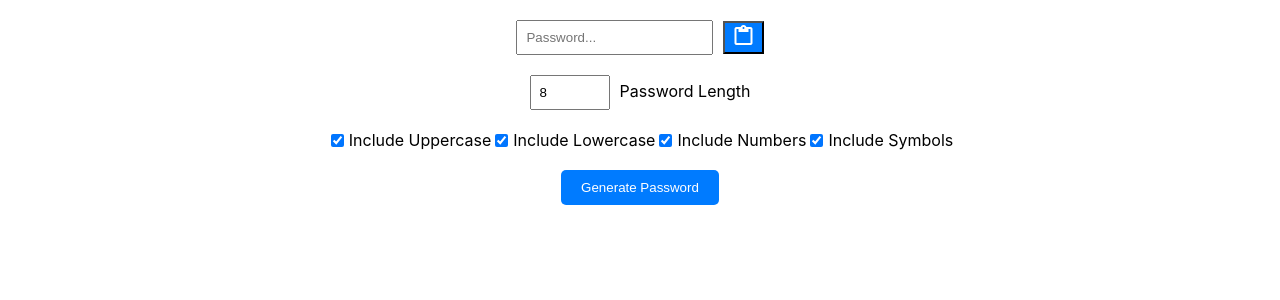
Repository: sriram1224/pass-generator
Page: /
The author's editor kept a copy of each file at every save. The page is drawn from the files as they stood at one save, then again after the next save.
The browser window is 1280 px wide. The pictures show the whole page.
The project was rebuilt for these pictures with package versions that can differ from the ones it lists, and the page was loaded fresh each time.

Above is the page before, as saved 2024-03-21 20:11:04.

After the next save:
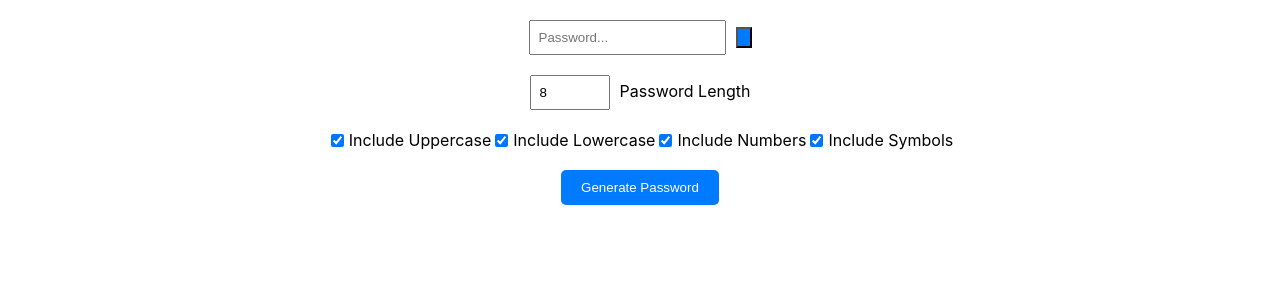
Saved 62 s later.
--- a/src/App.js
+++ b/src/App.js
@@ -48,7 +48,7 @@ function App() {
       <div className="password-input">
         <input type="text" value={password} placeholder='Password...' readOnly />
         <button className="copy" onClick={() => navigator.clipboard.writeText(password)}><span class="material-symbols-outlined ">
-content_paste
+
 </span></button>
       </div>
       <div className="length-input">
